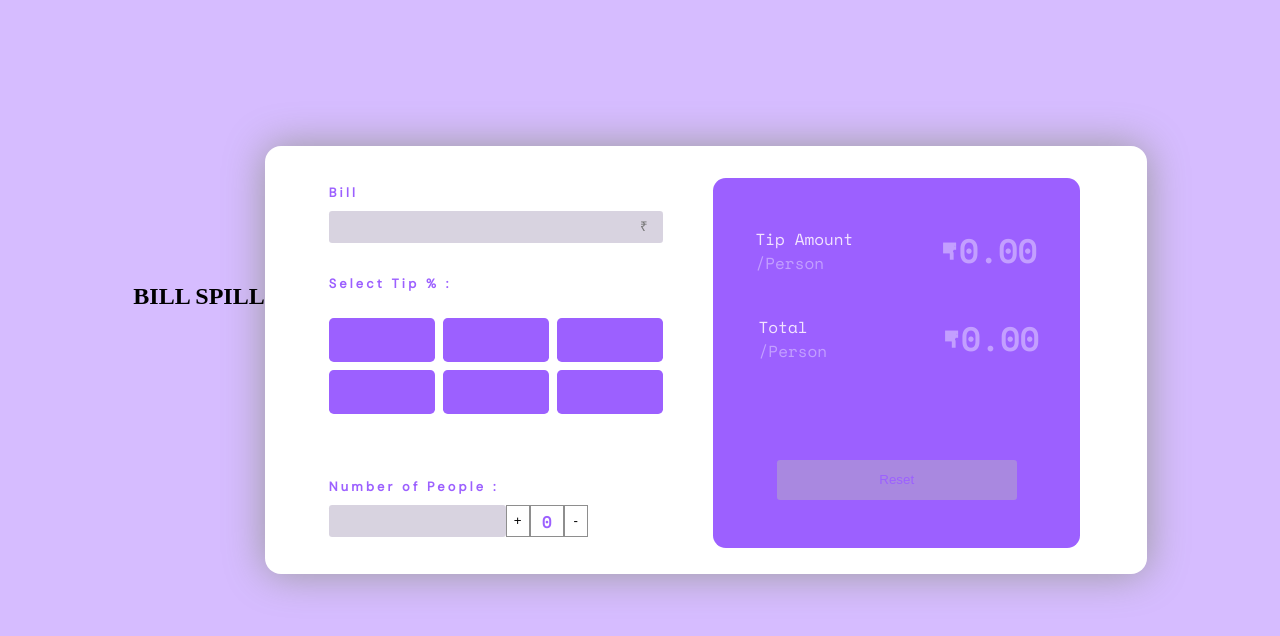
Repository: drumsmanku/micro-project-3
Page: index.html
These files come from the project's save history. The page is drawn as it stood at one moment and after the next save; the edit follows.
The browser window is 1280 px wide. The pictures show the whole page.

Above is the page before, as saved 2023-04-17 20:51:51.

### index.html
<!DOCTYPE html>
<html lang="en">
<head>
  <meta charset="UTF-8">
  <meta http-equiv="X-UA-Compatible" content="IE=edge">
  <meta name="viewport" content="width=device-width, initial-scale=1.0">
  <link rel="stylesheet" href="styles.css">
  <title>Bill Spill</title>
</head>
<body>
  <main>
    <h2>BILL SPILL</h2>
    <div class="entire-container">
      <div class="left-inside-container">
          <label for="amount">Bill</label>
          <input type="number" name="total" id="total-bill" placeholder="₹" >
          <div class="select-container">
            <label for="tip">Select Tip % :</label>
            <div class="button-containers">
              <button class="bt-1 sizing"></button>
              <button class="bt-2 sizing"></button>
              <button class="bt-3 sizing"></button>
              <button class="bt-4 sizing"></button>
              <button class="bt-5 sizing"></button>
              <button class="bt-6 sizing"></button>
            </div>
          </div>
          <label for="people">Number of People : </label>
          <div class="people-container">
            <input type="number" name="people" id="people-number">
            <button id="add-people">+</button>
            <h4 class="center-text">0</h4>
            <button id="sub-people">-</button>
          </div>
      </div>


      <div class="right-inside-container">
        <div class="first-second-line">
          <div class="first-line">
            <div class="first-line-first">
              <p class="one">Tip Amount</p>
              <p class="two">/Person</p>

            </div>
            <h1>₹0.00</h1>
          </div>
          <div class="second-line">
            <div class="first-line-first">
              <p class="one-two">Total</p>
              <p class="two-two">/Person</p>

            </div>
            <h1>₹0.00</h1>
          </div>
        </div>

        <input type="button" value="Reset">
      </div>
    </div>
  </main>
</body>
</html>

### styles.css
@import url('https://fonts.googleapis.com/css2?family=DM+Sans&display=swap');
@import url('https://fonts.googleapis.com/css2?family=DM+Sans&family=Space+Mono&display=swap');
/* font-family: 'DM Sans', sans-serif; */
*{
  padding: 0;
  margin: 0;
}

main{
  width: 100%;
  height: 100vh;
  display: flex;
  justify-content: center;
  align-items: center;
  background-color:  #D6BCFF;
}

main>h2{
  position: relative;
  top: -4rem;
}

.entire-container{
  width: 818px;
  height: 428px;
  background-color: white;

  display: flex;
  padding-left: 4rem;
  flex-direction: row;
  border-radius: 1rem;
  box-shadow: 0 0 40px rgb(154, 154, 154);
}

.left-inside-container{
  display: flex;
  flex-wrap: wrap;
  flex-direction: column;
  justify-content: center;
}

.button-containers{
  display: grid;
  grid-template-columns: repeat(3, minmax(0,1fr));
  grid-template-rows: repeat(2, minmax(0,1fr));
  grid-gap: 0.5rem;
  margin-top: 1rem;
}

.sizing{
  width: 106px;
  height: 44px;
  border: none;
  background-color: #9C60FF;
  border-radius: 0.3rem;
}
.people-container{
  display: flex;
  flex-direction: row;
}
.people-container>h4{
  border: 1px solid #8E8E8E;
  width: 2rem;
  text-align: center;
  padding-top: 4px;
  color: #9C60FF;
  font-family: 'Space Mono';
  font-size: 1rem;
}
.people-container>button{
  background: none;
  border: 1px solid #8E8E8E;
  width: 1.5rem;
}

.select-container{
  display: flex;
  flex-direction: column;
  margin: 2rem 0 4rem 0;
}

.right-inside-container{
  width: 367px;
  height: 370px;
  background-color: #9C60FF;
  border-radius: 0.8rem;
  position: relative;
  top: 2rem;
  margin-left: 10px;
  right: -40px;
  display: flex;
  flex-direction: column;
  justify-content:space-around;
}
.first-line{
  display: flex;
  justify-content: space-around;
  margin-bottom: 2.5rem;
}
.second-line{
  display: flex;
  justify-content: space-around;
}
.first-second-line{
  font-family: 'Space Mono';

}
.first-second-line h1{
  color: #C39FFF;
  font-weight: bold;
}
.first-line-first{
  color: #F3E4FF;;
}
.first-line-first .two,.two-two{
  color: #C39FFF;
}
.second-line>h1{
  margin-left: 2rem;
}
.one-two,.two-two{
  margin-left: 5px;
}
input[value='Reset']{
  width:15rem;
  height: 2.5rem;
  text-align: center;
  margin-left: 4rem;
}
input{
  border-radius: 0.2rem;
  border: none;
  background-color: rgba(182, 172, 196, 0.53);
  height: 2rem;
  text-align: end;
  color: #9C60FF;
}
label{
  color: #9C60FF;
  font-size: 0.8rem;
  font-family: 'DM Sans';
  font-weight: bold;
  letter-spacing: 0.2rem;
  margin-bottom: 10px;
}

After the next save:
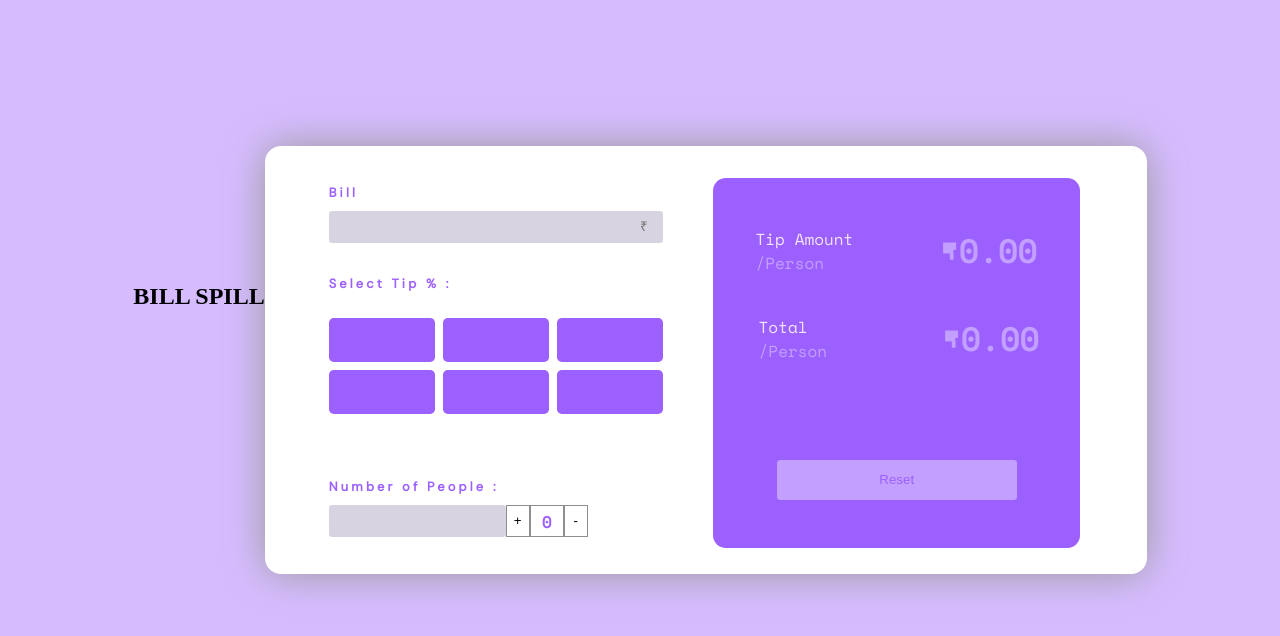
Saved 18 s later.
--- a/styles.css
+++ b/styles.css
@@ -126,6 +126,7 @@ input[value='Reset']{
   height: 2.5rem;
   text-align: center;
   margin-left: 4rem;
+  background-color: #C39FFF;
 }
 input{
   border-radius: 0.2rem;
